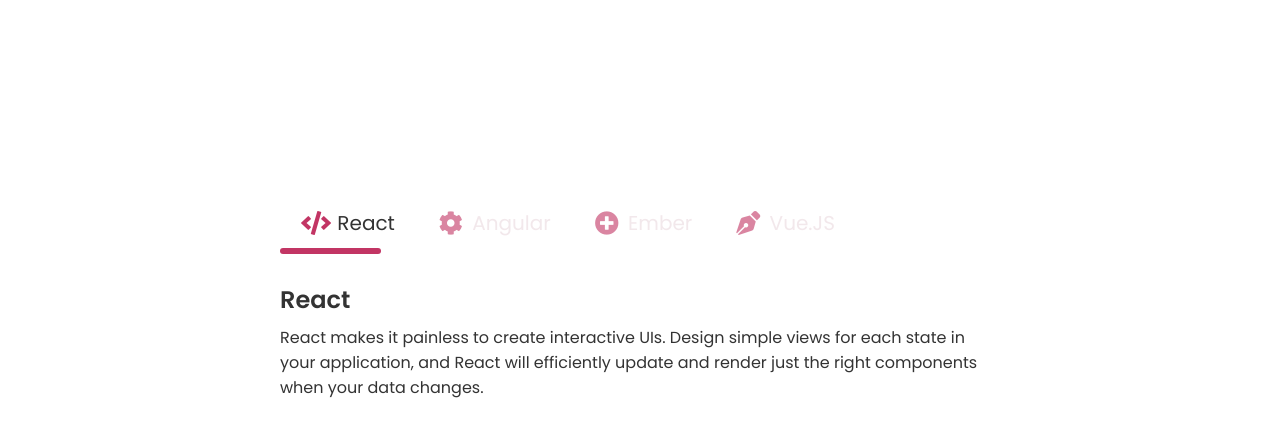
Repository: NguyenMinhTho2207/MT.Shoppe
Page: index-test.html
These files come from the project's save history. The page is drawn as it stood at one moment and after the next save; the edit follows.
The browser window is 1280 px wide. The pictures show the whole page.

Above is the page before, as saved 2021-11-30 09:16:26.

After the next save:
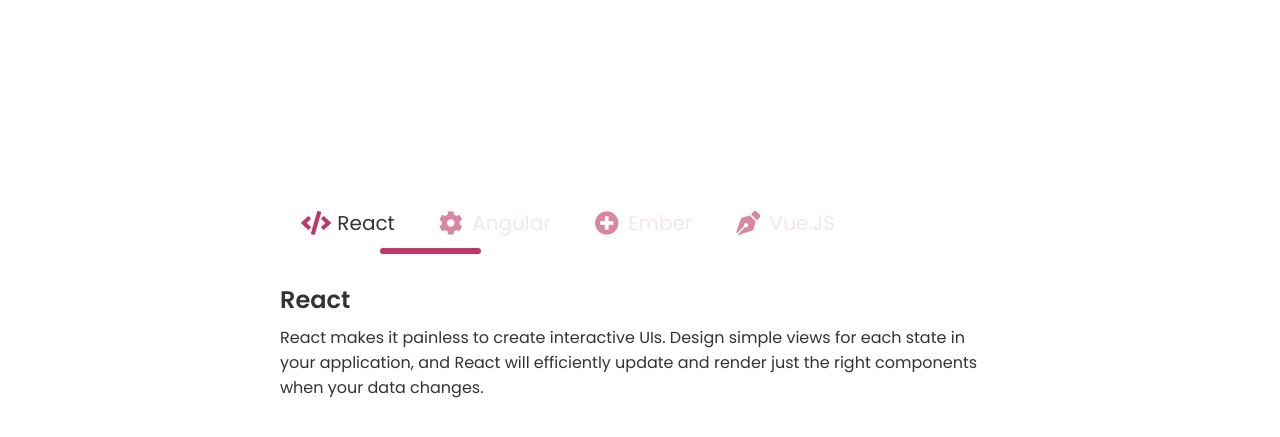
Saved 4 s later.
--- a/styleTest.css
+++ b/styleTest.css
@@ -17,7 +17,7 @@
 }
 .tabs .line {
   position: absolute;
-  left: 10;
+  left: 100px;
   bottom: 0;
   width: 101px;
   height: 6px;
